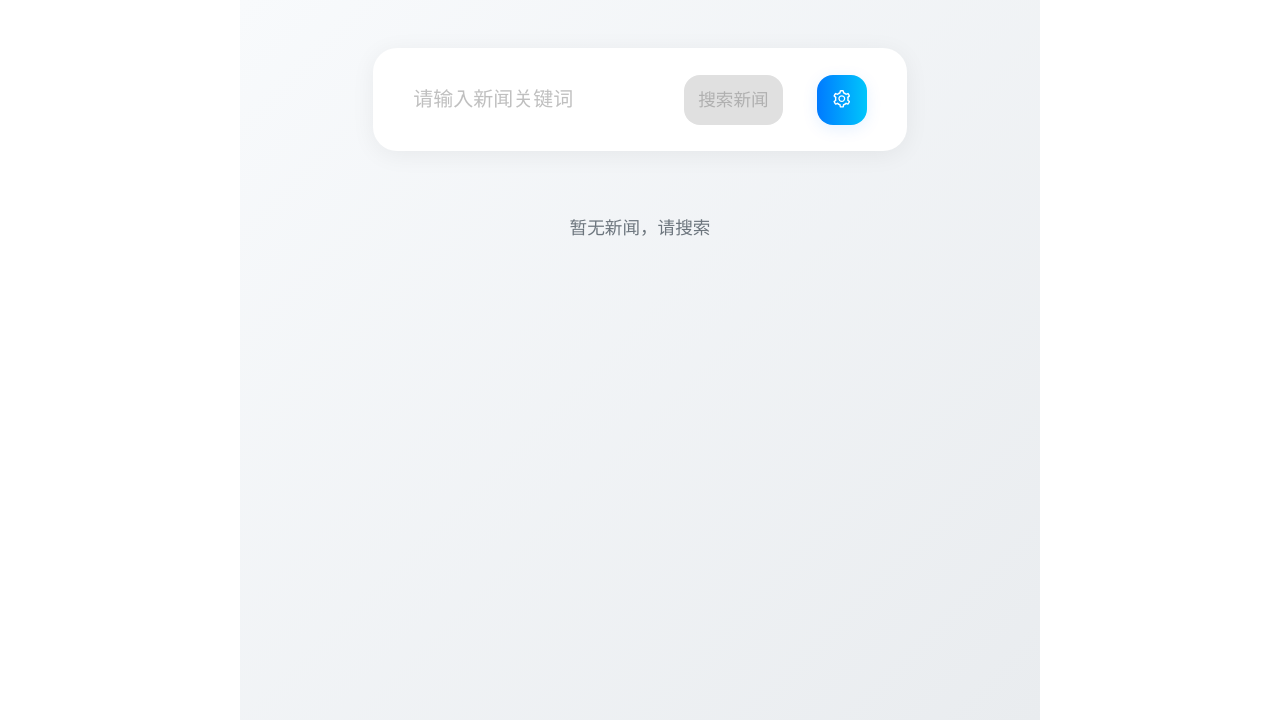
Repository: XJN7197/NewsAssistantBaseMCP
Page: / (app in frontend/)
An editor plug-in stored every save of this project. The page is shown before and after the next save, followed by the edit.
The browser window is 1280 px wide. The pictures show the whole page.
The project was rebuilt for these pictures with package versions that can differ from the ones it lists, and the page was loaded fresh each time. Also part of the build but not shown: frontend/vite.config.ts.

Above is the page before, as saved 2025-05-23 17:50:25.

After the next save:
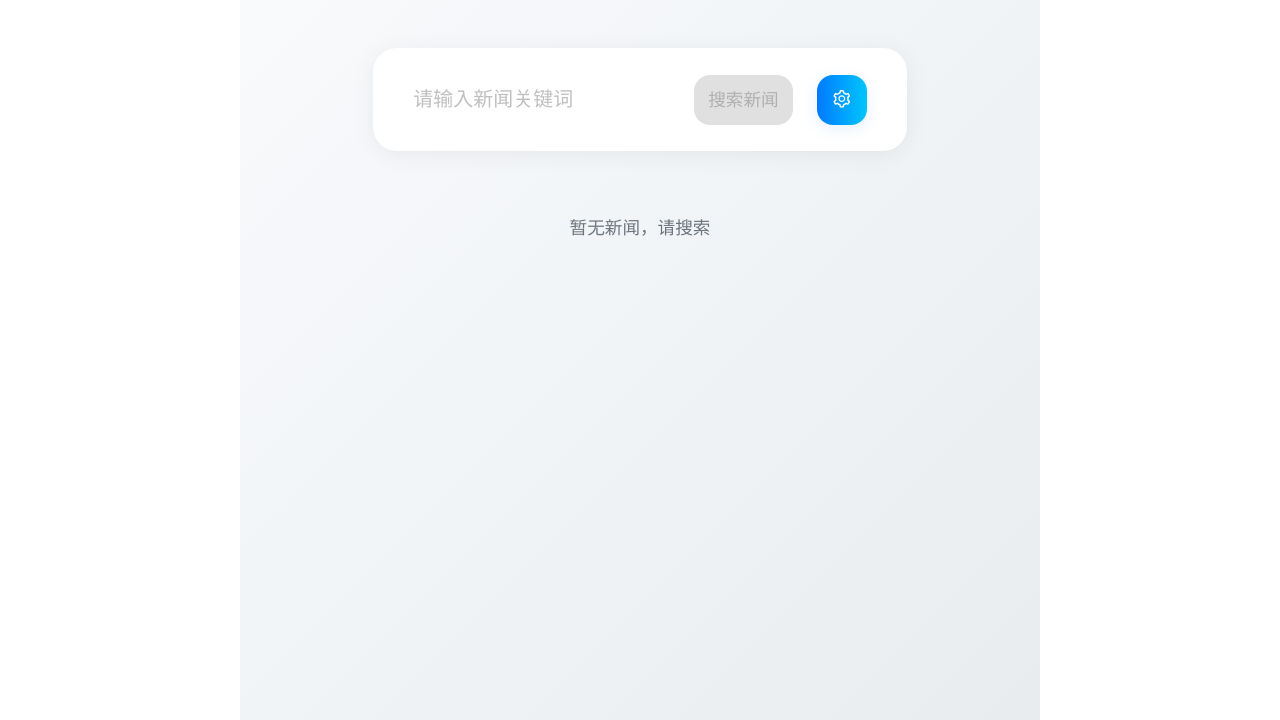
Saved 21 s later.
--- a/frontend/src/pages/Home.tsx
+++ b/frontend/src/pages/Home.tsx
@@ -248,7 +248,7 @@ const Home: React.FC = () => {
           onClick={handleSearch}
           loading={loading}
           disabled={!keyword}
-          style={{ borderRadius: '16px', padding: '14px', fontSize: '1.1rem', fontWeight: 500, marginRight: '10px' }} // 保持原有部分样式，并添加右边距
+          style={{ borderRadius: '16px', padding: '14px', fontSize: '1.1rem', fontWeight: 500 }} // 保持原有部分样式，并添加右边距
         >
           搜索新闻
         </AntButton>
